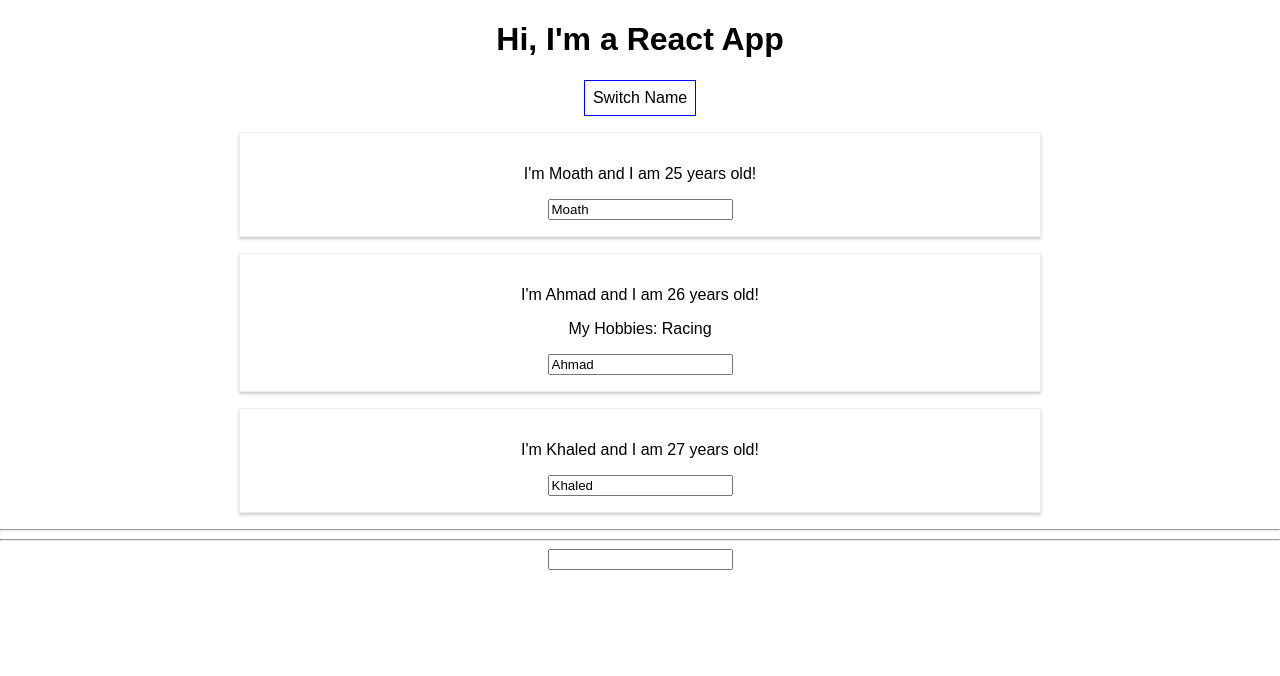
Repository: MuathYHKefayah/React-Basics
Page: /
An editor plug-in stored every save of this project. The page is shown before and after a run of saves, followed by the edit.
The browser window is 1280 px wide. The pictures show the whole page.
The project was rebuilt for these pictures with package versions that can differ from the ones it lists, and the page was loaded fresh each time.

Above is the page before, as saved 2020-12-12 08:43:23.

### src/App.js
import React, { Component } from 'react';
import './App.css';
import Person from './Person/Person';
import UserInput from './UserInput/UserInput';
import UserOutput from './UserOutput/UserOutput';

class App extends Component {
  state = {
     persons: [
       { name:'Moath', age: 25},
       { name:'Ahmad', age: 26},
       { name:'Khaled', age: 27},
     ]
  }

  switchNameHandler  = (newName, newAge) => {
    //Don't Do This: this.state.persons[0].name = "Max";
    this.setState({
      persons: [
        { name:newName, age: 25},
        { name:'Ahmad', age: 26},
        { name:'Khaled', age: newAge},
      ]
    })
  }

  nameChangedHandler = (event) => {
    this.setState({
      persons: [
        { name:'Moath', age: 25},
        { name: event.target.value, age: 26},
        { name:'Khaled', age: 27},
      ]
    })
  }

  render() {
    const style = {
      backgroundColor: 'white',
      font: 'inherit',
      border: '1px solid blue',
      padding: '8px',
      cursor: 'pointer'
    };

    return (
      // jsx \\ write html code in js file
      <div className="App">
        <h1>Hi, I'm a React App</h1>
        <button
          style={style}
          onClick={() => this.switchNameHandler('Moath!!', 30)}>Switch Name</button>
        <Person name={this.state.persons[0].name} age={this.state.persons[0].age}/>
        <Person
          name={this.state.persons[1].name}
          age={this.state.persons[1].age}
          click={this.switchNameHandler.bind(this, 'Moath!', 40)}
          changed={this.nameChangedHandler}
          >My Hobbies: Racing</Person>
        <Person name={this.state.persons[2].name} age={this.state.persons[2].age}/>
        <hr/>
        <hr/>
        <UserInput />
        <UserOutput />
      </div>
    );
    //return React.createElement('div', {className: 'App'} , React.createElement('h1', null , 'Hi, I\'m a React App !!!' ))
  }
}

export default App;

### src/Person/Person.js
import React from 'react';
import './Person.css';

const person = (props) => {
    return (
        <div className="Person">
            <p onClick={props.click}>I'm {props.name} and I am {props.age} years old!</p>
            <p>{props.children}</p>
            <input type="text" onChange={props.changed} value={props.name}/>
        </div>
    )
};

export default person;

### src/UserInput/UserInput.js
import { Component } from 'react';


class UserInput extends Component{
    render(){
        return(
            <div className="UserInput">
                <input type="text"/>
            </div>

        );
    }
}

export default UserInput;

### src/UserOutput/UserOutput.js
import { Component } from 'react';

class UserOutput extends Component {
    render(){
        return(
            <div className="UserOutput">
                {/* <p>Paragraph 1</p> */}
                {/* <p>Paragraph 2</p> */}
            </div>
        );
    }
}

export default UserOutput;

Loaded but not shown: public/index.html (common file); src/index.js (common file); src/index.css (common file); src/registerServiceWorker.js (common file); src/App.css (common file); src/Person/Person.css (common file)

After the next 2 saves:
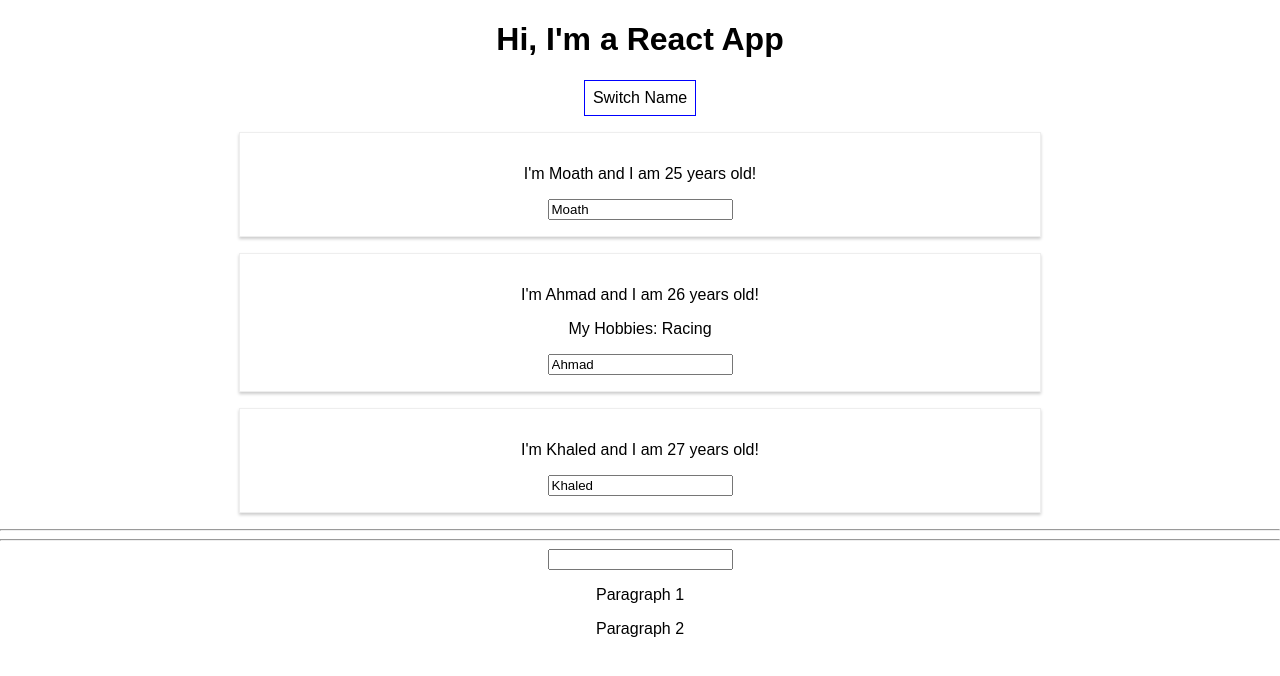
The 2 saves are shown as one change because 1 did not build or start.
The last was saved 71 s later.
--- a/src/UserOutput/UserOutput.js
+++ b/src/UserOutput/UserOutput.js
@@ -3,9 +3,9 @@ import { Component } from 'react';
 class UserOutput extends Component {
     render(){
         return(
-            <div className="UserOutput">
-                {/* <p>Paragraph 1</p> */}
-                {/* <p>Paragraph 2</p> */}
+            <div>
+                <p>Paragraph 1</p>
+                <p>Paragraph 2</p>
             </div>
         );
     }
